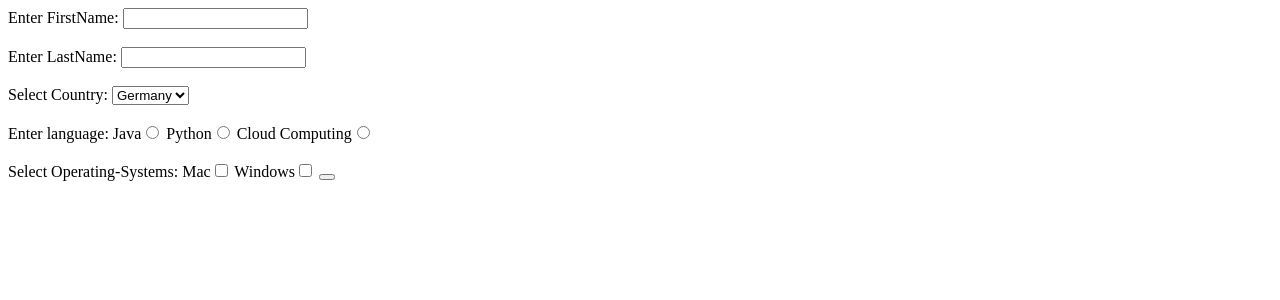
Repository: Gunjan1908/AdvanceJava
Page: http://localhost/SpringMVC/student/hello
These files come from the project's save history. The page is drawn as it stood at one moment and after the next save; the edit follows.
The browser window is 1280 px wide. The pictures show the whole page.
The page is served by Tomcat 9.

Above is the page before, as saved 2023-12-02 04:22:45.

After the next save:
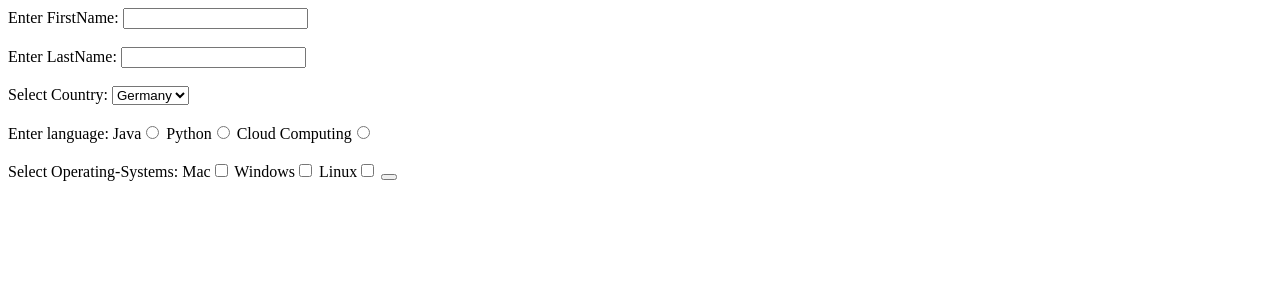
Saved 21 s later.
--- a/SpringMVC/WebContent/WEB-INF/views/student-form.jsp
+++ b/SpringMVC/WebContent/WEB-INF/views/student-form.jsp
@@ -32,6 +32,7 @@ Cloud Computing<form:radiobutton path="language" value="Cloud Computing"/>
 Select Operating-Systems:
 Mac<form:checkbox path="operatingSystems" value="Mac"/>
 Windows<form:checkbox path="operatingSystems" value="Windows"/>
+Linux<form:checkbox path="operatingSystems" value="Linux"/>
 <form:button name="submit" value="Submit"></form:button>
 </form:form>
 
